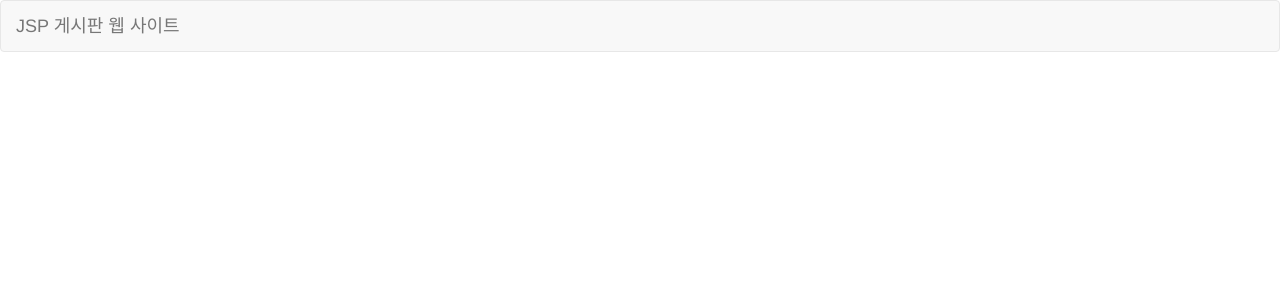
Repository: JoYuKang/Clone_Code
Page: http://localhost/BBS/join.jsp
These files come from the project's save history. The page is drawn as it stood at one moment and after the next save; the edit follows.
The browser window is 1280 px wide. The pictures show the whole page.
Some web libraries are served in a nearby version. The page is served by Tomcat 9. Other server files are loaded and not shown.

Above is the page before, as saved 2021-01-16 15:33:52.

### 게시판/JSP/project/BBS/WebContent/join.jsp
<%@ page language="java" contentType="text/html; charset=UTF-8"
    pageEncoding="UTF-8"%>
<!DOCTYPE html>
<html>
<head>
<meta http-equiv="Cotent-type" content="text/html"; charset="UTF-8">
<meta name="viewport" content="width=device-width", initial-scale="1">
<link rel="stylesheet" href="css/bootstrap.css">
<title>JSP 웹 게시판</title>
</head>
<body>
	<nav class="navbar navbar-default">
		<div class="navbar-header">
			<button type="button" class="navbar-toggle collapsed"
			data-toggle="collapse"  data-target="#bs-example-navbar-collapse-1"
			aria-expanded="false">
			<span class="icon-bar"></span>
			<span class="icon-bar"></span>
			<span class="icon-bar"></span>
			</button>
			<a class="navbar-brand" href="main.jsp">JSP 게시판 웹 사이트</a>
		</div>
	</nav>
	<script src="http://code.jquery.com/jquery-3.1.1.min.js"></script>
	<script src="js/bootstrap.js"></script>
</body>
</html>

Loaded but not shown: 게시판/JSP/project/BBS/WebContent/css/bootstrap.css (library); 게시판/JSP/project/BBS/WebContent/js/bootstrap.js (library)

After the next save:
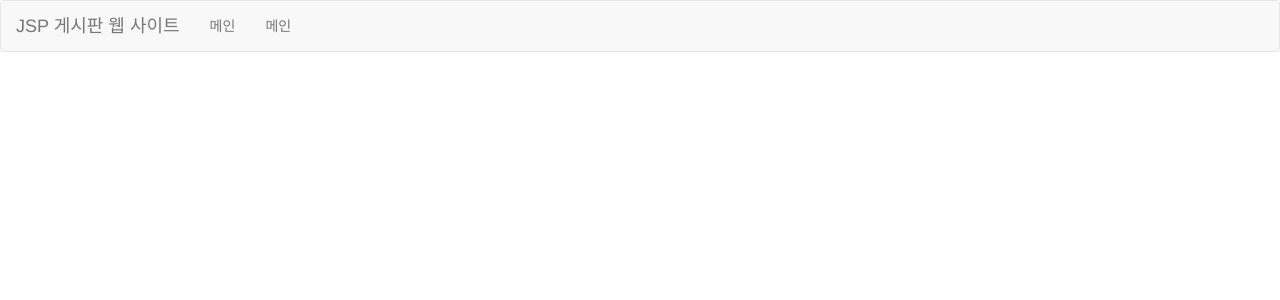
Saved 9 min 12 s later.
--- a/게시판/JSP/project/BBS/WebContent/join.jsp
+++ b/게시판/JSP/project/BBS/WebContent/join.jsp
@@ -20,6 +20,12 @@
 			</button>
 			<a class="navbar-brand" href="main.jsp">JSP 게시판 웹 사이트</a>
 		</div>
+		<div class="collapse navbar-collapse" id="bs-example-navbar-collapse-1">
+			<ul class="nav navbar-nav">
+				<li><a href="main.jsp">메인</a></li>
+				<li><a href="bbs.jsp">메인</a></li>
+			</ul>
+		</div>
 	</nav>
 	<script src="http://code.jquery.com/jquery-3.1.1.min.js"></script>
 	<script src="js/bootstrap.js"></script>
